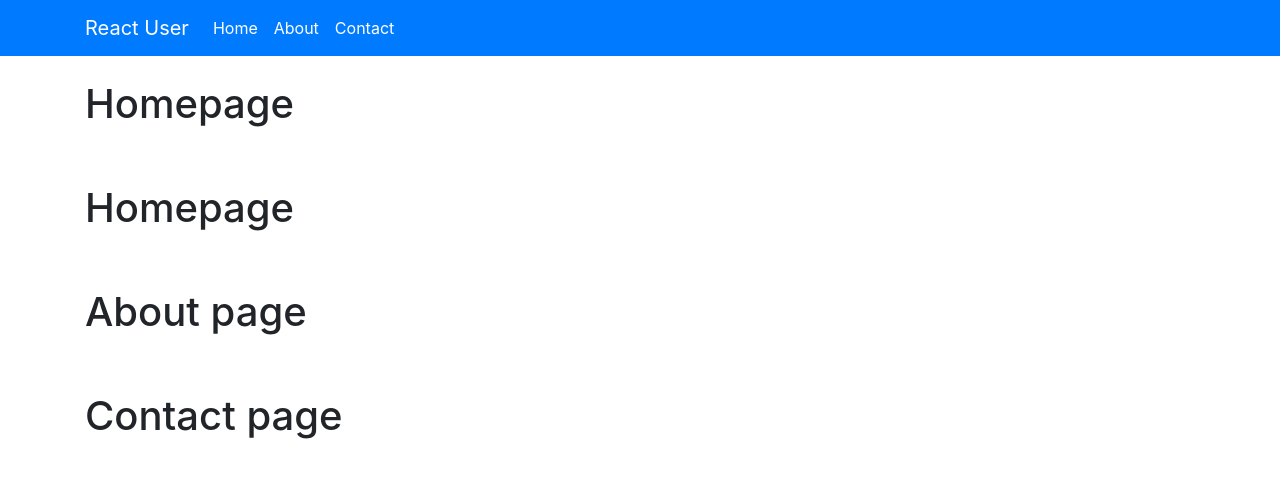
Repository: hardik2626/reactcrud2020
Page: /
These files come from the project's save history. The page is drawn as it stood at one moment and after the next save; the edit follows.
The browser window is 1280 px wide. The pictures show the whole page.
The project was rebuilt for these pictures with package versions that can differ from the ones it lists, and the page was loaded fresh each time. Also part of the build but not shown: src/index.css, src/App.css.

Above is the page before, as saved 2020-10-28 17:54:37.

After the next save:
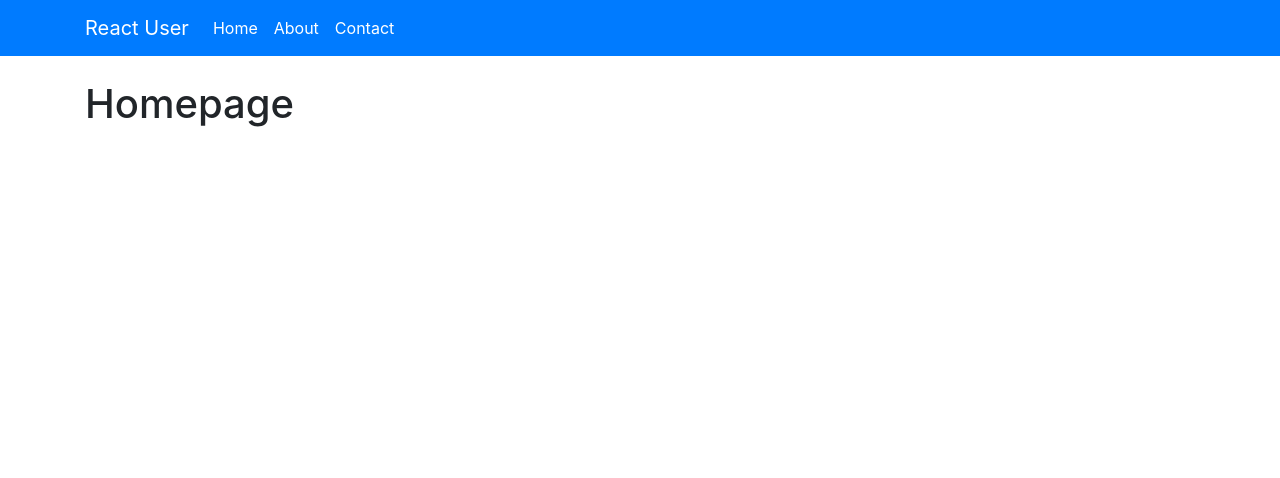
Saved 29 s later.
--- a/src/App.js
+++ b/src/App.js
@@ -17,9 +17,6 @@ function App() {
           <Route exact path="/about" component={About} />
           <Route exact path="/contact" component={Contact} />
         </Switch>
-        <Home  />
-        <About />
-        <Contact />
     </div>
     </Router>
   );
